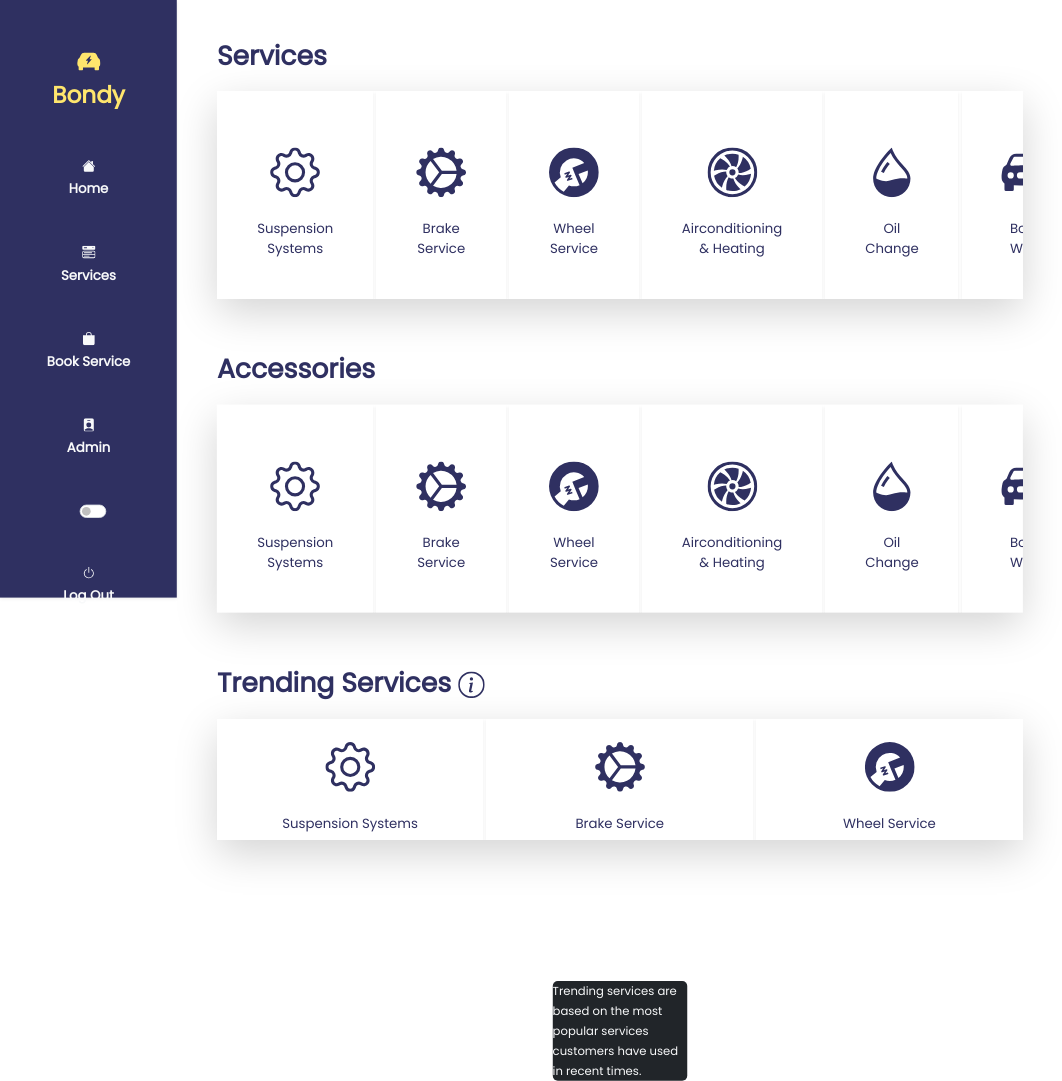
Repository: duzzisantos/bondy
Page: /, after clicking the first element matching `svg.bi-info-circle`
These files come from the project's save history. The page is drawn as it stood at one moment and after the next save; the edit follows.
The browser window is 1280 px wide. The pictures show the whole page, at 83% of full size.
Some web libraries are served in a nearby version. The project was rebuilt for these pictures with package versions that can differ from the ones it lists, and the page was loaded fresh each time. Also part of the build but not shown: src/components/Services/ServiceTemplate.tsx, src/data/mockData.ts, src/views/Services.tsx.

Above is the page before, as saved 2023-06-25 14:30:39.

### public/index.html
<!DOCTYPE html>
<html lang="en">
  <head>
    <meta charset="utf-8" />
    <link rel="icon" href="%PUBLIC_URL%/favicon.ico" />
    <meta name="viewport" content="width=device-width, initial-scale=1" />
    <meta name="theme-color" content="#000000" />
    <meta
      name="description"
      content="Web site created using create-react-app"
    />
    <link rel="apple-touch-icon" href="%PUBLIC_URL%/logo192.png" />
    <!-- Option 1: Include in HTML -->
    <link
      rel="stylesheet"
      href="https://cdn.jsdelivr.net/npm/bootstrap-icons@1.3.0/font/bootstrap-icons.css"
    />
    <link rel="preconnect" href="https://fonts.googleapis.com" />
    <link rel="preconnect" href="https://fonts.gstatic.com" crossorigin />
    <!--
      manifest.json provides metadata used when your web app is installed on a
      user's mobile device or desktop. See https://developers.google.com/web/fundamentals/web-app-manifest/
    -->
    <link rel="manifest" href="%PUBLIC_URL%/manifest.json" />
    <!--
      Notice the use of %PUBLIC_URL% in the tags above.
      It will be replaced with the URL of the `public` folder during the build.
      Only files inside the `public` folder can be referenced from the HTML.

      Unlike "/favicon.ico" or "favicon.ico", "%PUBLIC_URL%/favicon.ico" will
      work correctly both with client-side routing and a non-root public URL.
      Learn how to configure a non-root public URL by running `npm run build`.
    -->
    <title>Bondy</title>
  </head>
  <body>
    <noscript>You need to enable JavaScript to run this app.</noscript>
    <div id="root"></div>
    <!--
      This HTML file is a template.
      If you open it directly in the browser, you will see an empty page.

      You can add webfonts, meta tags, or analytics to this file.
      The build step will place the bundled scripts into the <body> tag.

      To begin the development, run `npm start` or `yarn start`.
      To create a production bundle, use `npm run build` or `yarn build`.
    -->
  </body>
</html>

### src/index.js
import React from "react";
import ReactDOM from "react-dom/client";
import "./index.css";
import App from "./App";
import "bootstrap/dist/css/bootstrap.min.css";
import { BrowserRouter as Router } from "react-router-dom";

const root = ReactDOM.createRoot(document.getElementById("root"));
root.render(
  <React.StrictMode>
    <Router>
      <App />
    </Router>
  </React.StrictMode>
);

### src/App.js
import "./App.css";
import "bootstrap";
import SideBar from "./components/Navigation/SideBar";
import { Routes, Route } from "react-router-dom";
import LandingPage from "./views/LandingPage";
import Services from "./views/Services";
function App() {
  return (
    <div className="App d-flex flex-row flex-nowrap vh-100">
      <SideBar />
      <main className="col-12 ms-auto d-flex flex-column vh-100">
        <Routes>
          <Route path="/" element={<LandingPage />} />
          <Route path="/home" element={<LandingPage />} />
          <Route path="services/:category" element={<Services />} />
        </Routes>
      </main>
    </div>
  );
}

export default App;

### src/App.css
@import url("https://fonts.googleapis.com/css2?family=Cabin&family=Montserrat:wght@200&family=Poppins&display=swap");

* {
  font-family: "Poppins", sans-serif;
}
.App {
  text-align: center;
}

.custom-color {
  color: #2f3061 !important;
}

.custom-bg-color {
  background-color: #2f3061;
}

.custom-border {
  border: 1px solid #2f3061;
}

.custom-border-5 {
  border-right-style: solid !important;
  border-right-width: 8px !important;
  border-right-color: #2f3061 !important;
}

.image-height {
  height: fit-content;
  width: fit-content;
}

### src/components/Navigation/SideBar.tsx
import React, { FunctionComponent, useState } from "react";
import "react-bootstrap";
import "../../App.css";
import "./Navigation.scss";
import { Link } from "react-router-dom";
import {
  HouseFill,
  BagFill,
  PersonBadgeFill,
  Power,
  EvFrontFill,
  MenuButtonWideFill,
  SunFill,
  MoonFill,
} from "react-bootstrap-icons";

const SideBar: FunctionComponent = () => {
  //Refactor this
  const [hoverHome, setHoverHome] = useState(false);
  const [hoverServices, setHoverServices] = useState(false);
  const [hoverBookService, setHoverBookService] = useState(false);
  const [hoverAdmin, setHoverAdmin] = useState(false);
  const [hoverLogout, setHoverLogout] = useState(false);

  const commonLinkClasses = `d-flex flex-column justify-content-center align-items-center p-1 gap-2 brand-icon-color
   text-decoration-none fw-bold`;

  return (
    <div className="col-2 vh-100 custom-bg-color shadow-sm p-5 text-light d-flex flex-column vstack gap-5 sidebar-fixed">
      <Link to={"/"} className={commonLinkClasses + " fs-3"}>
        <span>
          <EvFrontFill className="brand-icon-color" /> Bondy
        </span>
      </Link>
      <Link
        to={"/home"}
        id="home"
        className={`d-flex flex-column justify-content-center align-items-center p-1 gap-2 text-decoration-none fw-bold ${
          hoverHome ? "brand-icon-color" : "text-light"
        }`}
        onMouseEnter={() => setHoverHome(true)}
        onMouseLeave={() => setHoverHome(false)}
        title="Home"
      >
        <HouseFill />
        Home
      </Link>

      <Link
        to={"/services"}
        id="services"
        className={`d-flex flex-column justify-content-center align-items-center p-1 gap-2 text-decoration-none fw-bold ${
          hoverServices ? "brand-icon-color" : "text-light"
        }`}
        onMouseEnter={() => setHoverServices(true)}
        onMouseLeave={() => setHoverServices(false)}
        title="Services"
      >
        <MenuButtonWideFill />
        Services
      </Link>

      <Link
        to={"/book-service"}
        id="book-service"
        className={`d-flex flex-column justify-content-center align-items-center p-1 gap-2 text-decoration-none fw-bold ${
          hoverBookService ? "brand-icon-color" : "text-light"
        }`}
        onMouseEnter={() => setHoverBookService(true)}
        onMouseLeave={() => setHoverBookService(false)}
        title="Book Service"
      >
        <BagFill />
        Book Service
      </Link>

      <Link
        to={"/admin"}
        id="admin"
        className={`d-flex flex-column justify-content-center align-items-center p-1 gap-2 text-decoration-none fw-bold ${
          hoverAdmin ? "brand-icon-color" : "text-light"
        }`}
        onMouseEnter={() => setHoverAdmin(true)}
        onMouseLeave={() => setHoverAdmin(false)}
        title="Admin"
      >
        <PersonBadgeFill />
        Admin
      </Link>

      <div className="form-check form-switch px-5 d-flex flex-row flex-nowrap">
        <SunFill className="mx-auto mt-1" />
        <input
          className="form-check-input mx-auto"
          type="checkbox"
          role="switch"
          id="flexSwitchCheckChecked"
          title="Switch display mode"
        />
        <MoonFill className="mx-auto mt-1" />
      </div>

      <Link
        to={"/logout"}
        id="logout"
        className={`d-flex flex-column justify-content-center align-items-center p-1 gap-2 text-decoration-none fw-bold ${
          hoverLogout ? "brand-icon-color" : "text-light"
        }`}
        onMouseEnter={() => setHoverLogout(true)}
        onMouseLeave={() => setHoverLogout(false)}
        title="Logout"
      >
        <Power />
        Log Out
      </Link>
    </div>
  );
};

export default SideBar;

### src/views/LandingPage.tsx
import React, { FunctionComponent, useState } from "react";
import "../components/Home/LandingPage.scss";
import LandingPageScrollContainer from "src/components/Home/LandingPageScrollContainer";
import { servicesList } from "src/components/Home/landingPageContent";
import { InfoCircle } from "react-bootstrap-icons";
import TrendingServices from "src/components/Home/TrendingServices";

const LandingPage: FunctionComponent = () => {
  const handleClick = () => {
    console.log("This was clicked");
  };

  const [show, setShow] = useState(false);

  const displayInfo = () => {
    setShow(!show);
  };
  return (
    <div className="col-10 px-5 pt-5 py-5 ms-auto vh-100 vstack gap-5 d-flex flex-column align-items-center">
      <LandingPageScrollContainer
        content={servicesList}
        category="Services"
        handleClick={handleClick}
        extraClass="p-5"
        extraElement={null}
      />
      <LandingPageScrollContainer
        content={servicesList}
        category="Accessories"
        handleClick={handleClick}
        extraClass="p-5"
        extraElement={null}
      />
      <LandingPageScrollContainer
        content={servicesList.reverse().slice(0, 3)}
        category="Trending Services"
        handleClick={handleClick}
        extraClass="p-2"
        extraElement={<InfoCircle onClick={displayInfo} />}
      />
      {show && <TrendingServices />}
    </div>
  );
};

export default LandingPage;

### src/components/Navigation/Navigation.scss
.brand-icon-color {
  color: #ffe66d !important;
}

.sidebar-fixed {
  position: fixed !important;
}

### src/components/Home/LandingPage.scss
.scroll-container-fixed {
  position: fixed !important;
}

.scroll-container-size {
  height: 330px !important;
}

.scroller {
  overflow: auto !important;
  scrollbar-width: none !important;
}

.scroller::-webkit-scrollbar {
  display: none !important;
}
.service-card {
  height: 270px !important;
}

.service-icon-font {
  font-size: 60px !important;
}

### src/components/Home/LandingPageScrollContainer.tsx
import React, { FunctionComponent } from "react";
import "../../App.css";
import { Link } from "react-router-dom";

interface ScrollContainerProps {
  content: any[];
  category: string;
  handleClick: any;
  extraClass: string;
  extraElement: any;
}
const LandingPageScrollContainer: FunctionComponent<ScrollContainerProps> = ({
  content,
  category,
  handleClick,
  extraClass,
  extraElement,
}) => {
  return (
    <section className="col-6 w-100 scroll-container-size">
      <h2 className="text-start mb-4 custom-color fw-bold">
        {category} {extraElement}
      </h2>
      <div className="overflow-x-auto d-flex flex-row hstack gap-1 shadow-lg scroller">
        {content.map((element, index) => (
          <Link
            to={`/services/${element.category}`}
            key={index}
            className={`text-decoration-none w-100 shadow-sm d-flex flex-column vstack gap-3 ${extraClass}`}
            onClick={handleClick}
            title={element.category}
          >
            <span className={`service-icon-font custom-color`}>
              {element.icon}
            </span>
            <span className="custom-color">{element.category}</span>
          </Link>
        ))}
      </div>
    </section>
  );
};

export default LandingPageScrollContainer;

### src/components/Home/landingPageContent.tsx
import React from "react";
import {
  Gear,
  GearWideConnected,
  WrenchAdjustableCircleFill,
  Fan,
  DropletHalf,
  CarFrontFill,
} from "react-bootstrap-icons";
export const servicesList = [
  {
    id: 1,
    category: "Suspension Systems",
    icon: <Gear />,
  },
  {
    id: 2,
    category: "Brake Service",
    icon: <GearWideConnected />,
  },
  {
    id: 3,
    category: "Wheel Service",
    icon: <WrenchAdjustableCircleFill />,
  },
  {
    id: 4,
    category: "Airconditioning & Heating",
    icon: <Fan />,
  },
  {
    id: 5,
    category: "Oil Change",
    icon: <DropletHalf />,
  },
  {
    id: 6,
    category: "Body Work",
    icon: <CarFrontFill />,
  },
];

### src/components/Home/TrendingServices.tsx
import React, { FunctionComponent } from "react";

const TrendingServices: FunctionComponent = () => {
  return (
    <div className="col-sm-2 bg-dark text-light rounded-2 text-start">
      <small>
        Trending services are based on the most popular services customers have
        used in recent times.
      </small>
    </div>
  );
};

export default TrendingServices;

Loaded but not shown: src/index.css (common file)

After the next save:
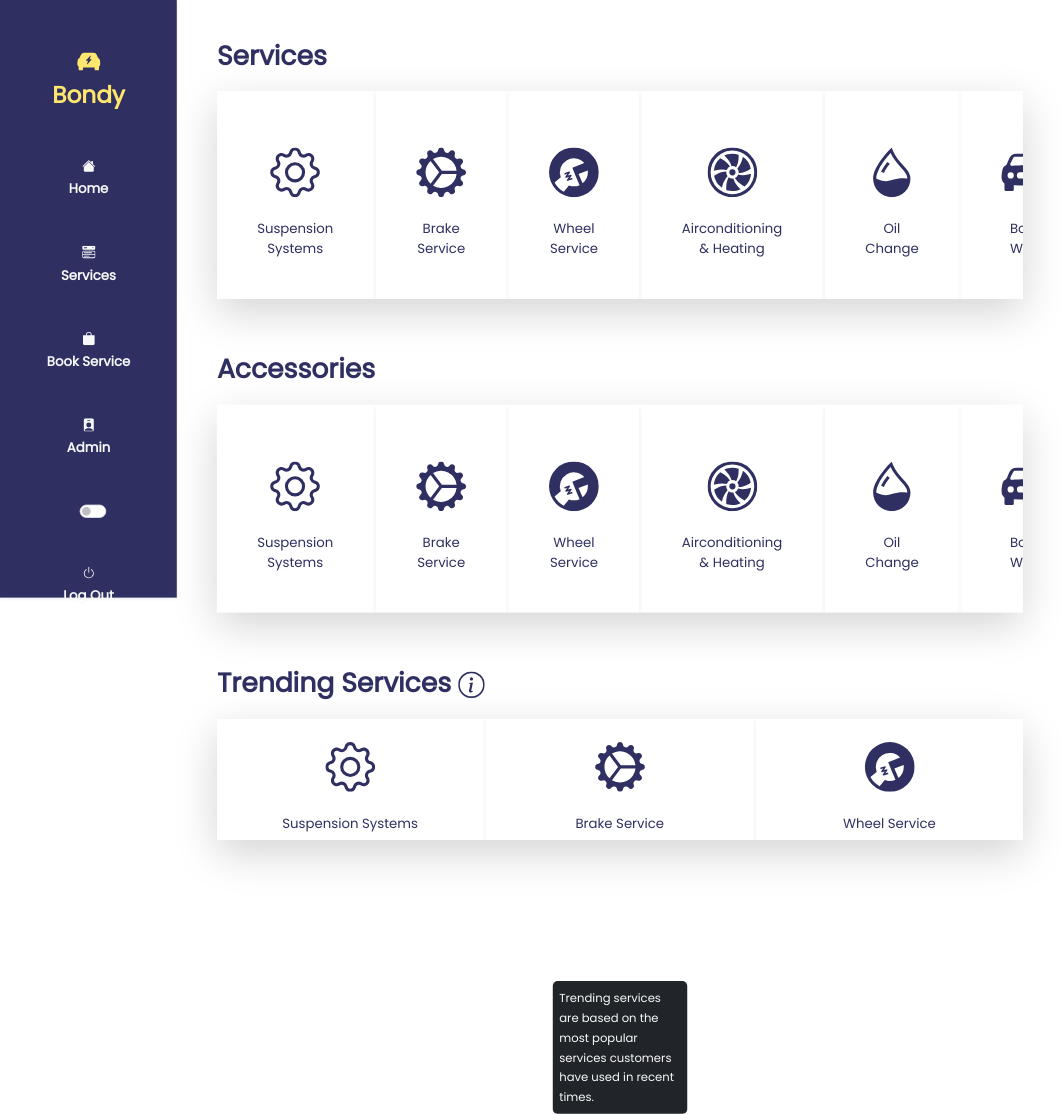
Saved 4 s later.
--- a/src/components/Home/TrendingServices.tsx
+++ b/src/components/Home/TrendingServices.tsx
@@ -2,7 +2,7 @@ import React, { FunctionComponent } from "react";
 
 const TrendingServices: FunctionComponent = () => {
   return (
-    <div className="col-sm-2 bg-dark text-light rounded-2 text-start">
+    <div className="col-sm-2 bg-dark text-light rounded-2 text-start p-2">
       <small>
         Trending services are based on the most popular services customers have
         used in recent times.
